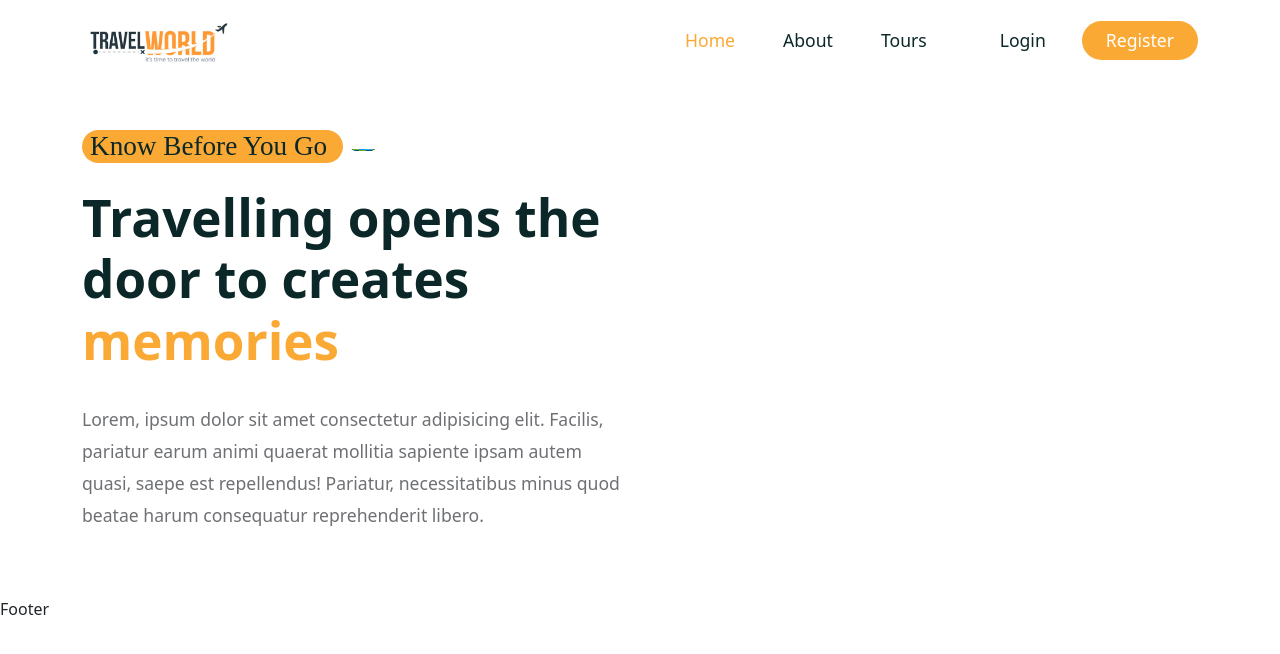
Repository: remydev47/travell-agency
Page: /
These files come from the project's save history. The page is drawn as it stood at one moment and after the next save; the edit follows.
The browser window is 1280 px wide. The pictures show the whole page.
Some web fonts or font styles are not loaded; a fallback is used. The project was rebuilt for these pictures with package versions that can differ from the ones it lists, and the page was loaded fresh each time. Also part of the build but not shown: vite.config.js, src/pages/Login.jsx, src/pages/TourDetails.jsx, src/pages/Tours.jsx, src/pages/SearchResultList.jsx, src/pages/Register.jsx. Imported but missing from the stored project, and not drawn on this page: src/assets/images/hero-video.mp4.

Above is the page before, as saved 2023-01-31 11:55:55.

After the next save:
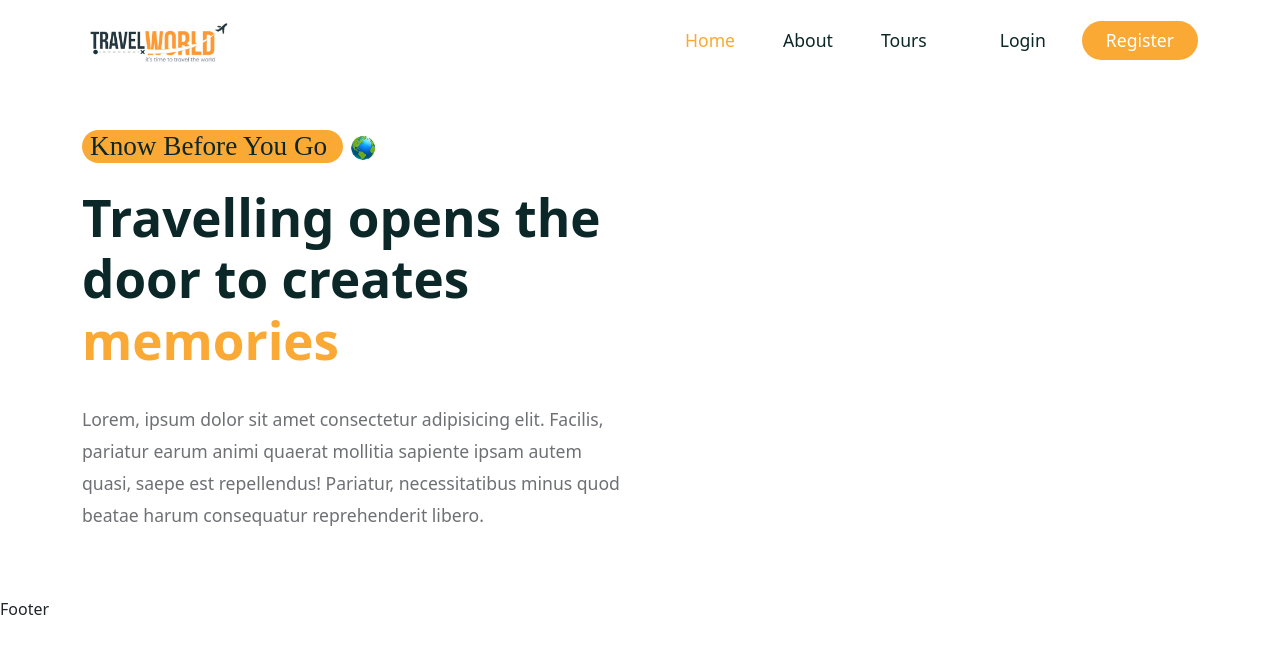
Saved 21 s later.
--- a/src/styles/home.css
+++ b/src/styles/home.css
@@ -1,6 +1,6 @@
 .hero__subtitle img{
     width: 2.5rem;
-    height: 0.25rem;
+    height: 2.5rem;
 }
 
 .hero__content h1{
